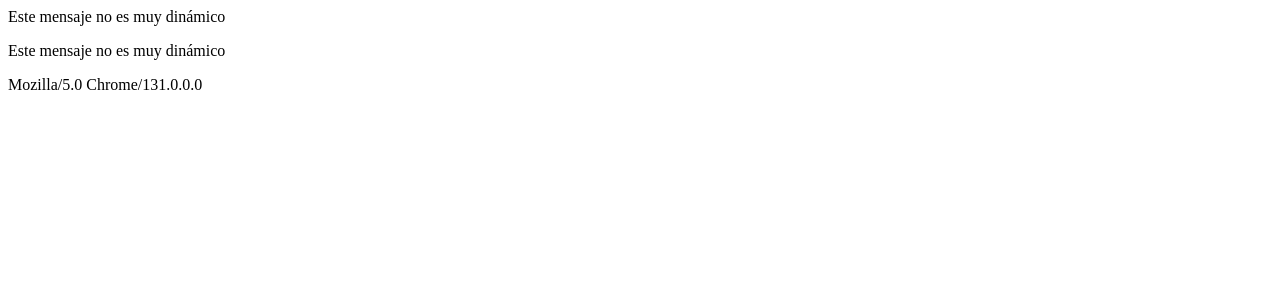
Repository: luisburgosvilca/servlets
Page: http://localhost/1-JSPServlets/index.jsp
An editor plug-in stored every save of this project. The page is shown before and after the next save, followed by the edit.
The browser window is 1280 px wide. The pictures show the whole page.
The page is served by Tomcat 9.

Above is the page before, as saved 2019-02-19 21:17:03.

After the next save:
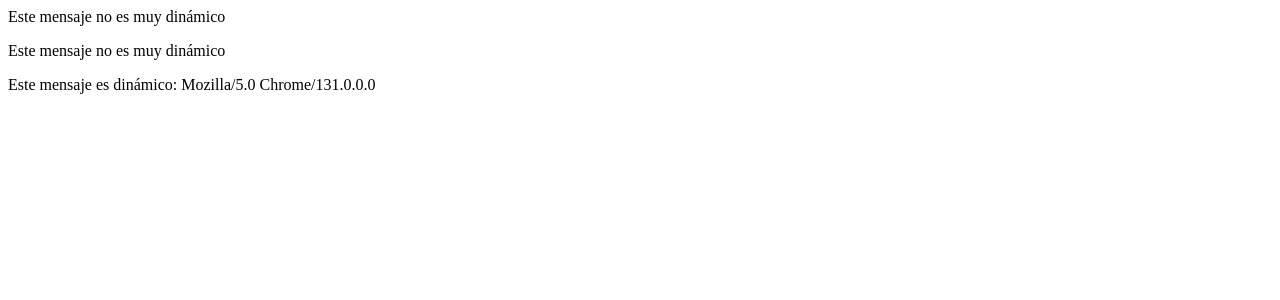
Saved 90 s later.
--- a/1-JSPServlets/WebContent/index.jsp
+++ b/1-JSPServlets/WebContent/index.jsp
@@ -15,7 +15,7 @@
 
 	<p>Este mensaje no es muy dinámico</p>
 
-	<% out.println(request.getHeader("USER-AGENT")); %>
+	<% out.println("Este mensaje es dinámico: "+request.getHeader("USER-AGENT")); %>
 
 </body>
 </html>
